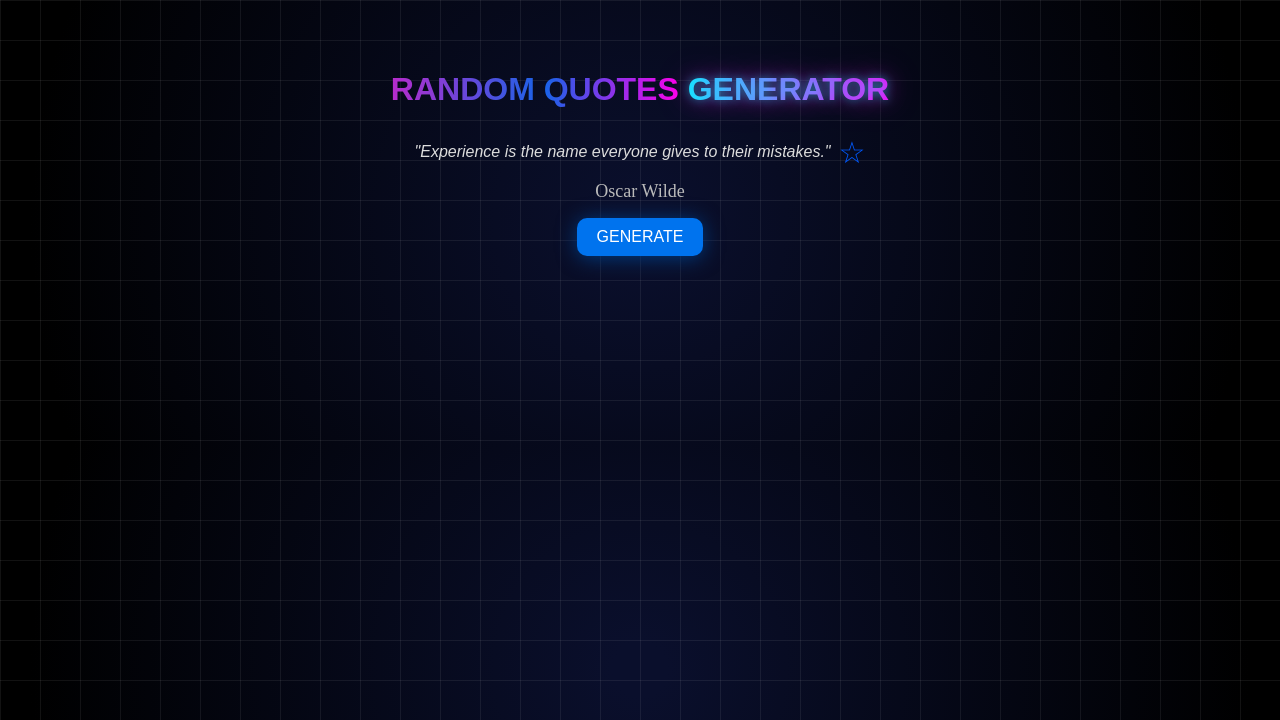
Repository: Adel-la/random-quotes
Page: index.html
An editor plug-in stored every save of this project. The page is shown before and after the next save, followed by the edit.
The browser window is 1280 px wide. The pictures show the whole page.

Above is the page before, as saved 2025-06-26 23:06:30.

After the next save:
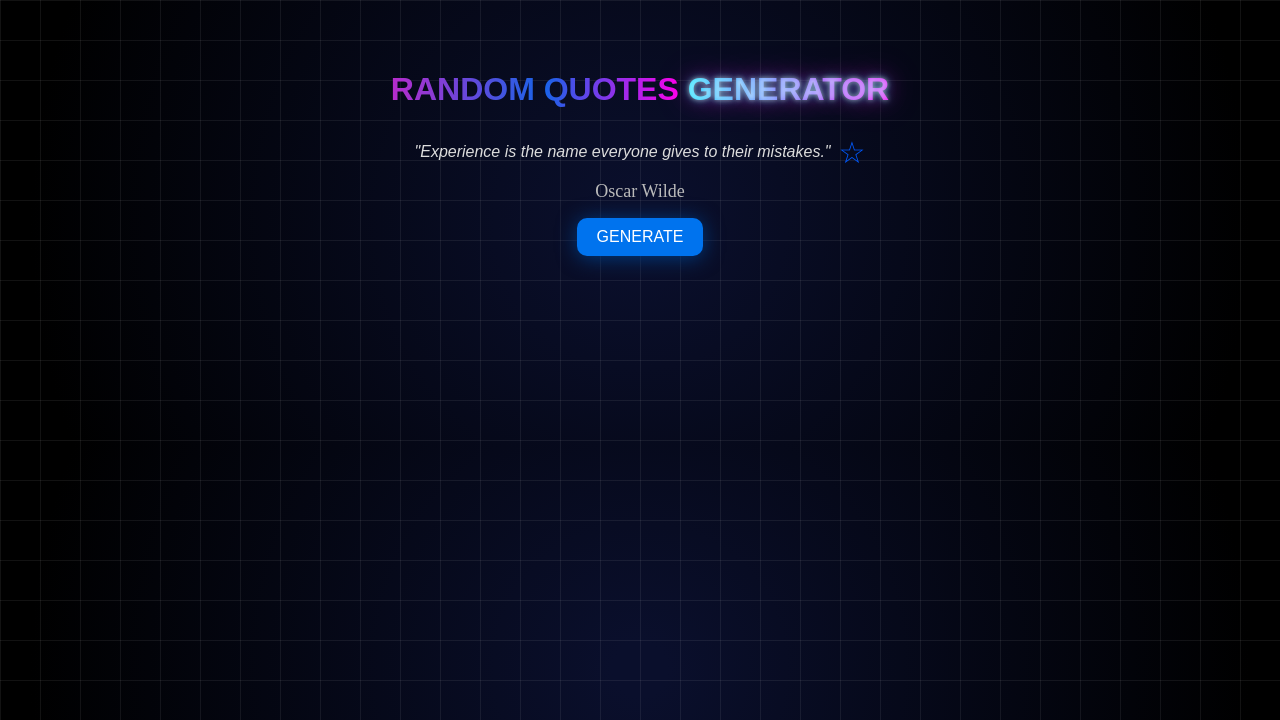
Saved 4 s later.
--- a/styles.css
+++ b/styles.css
@@ -189,7 +189,7 @@ body::before {
   -webkit-background-clip: text;
   -webkit-text-fill-color: transparent;
   text-shadow:
-    0 0 5px rgba(255, 255, 255, 0),
+    0 0 5px rgba(255, 255, 255, 0.564),
     0 0 10px rgba(0, 255, 255, 0.5),
     0 0 20px rgba(255, 0, 255, 0.5),
     0 0 40px rgba(255, 0, 255, 0.3);
